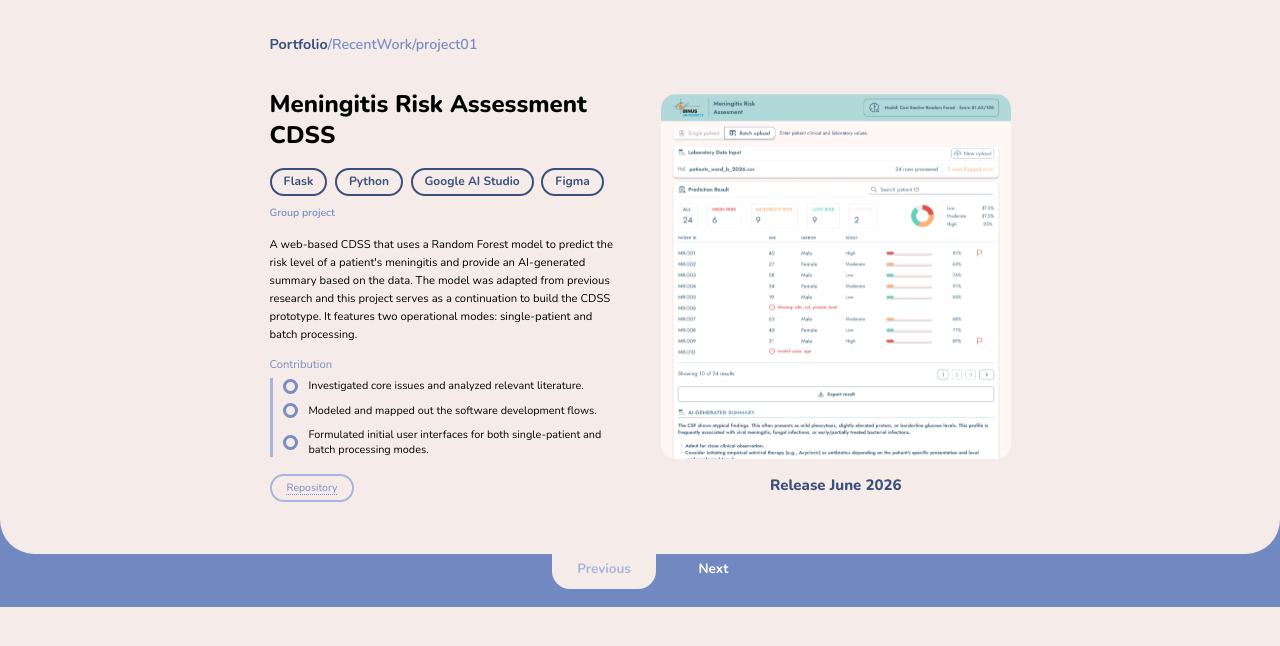
Repository: L-vy/L-vy
Page: /recentworks/project01
The author's editor kept a copy of each file at every save. The page is drawn from the files as they stood at one save, then again after the next save.
The browser window is 1280 px wide. The pictures show the whole page.
Some web fonts or font styles are not loaded; a fallback is used. The project was rebuilt for these pictures with package versions that can differ from the ones it lists, and the page was loaded fresh each time. Also part of the build but not shown: vite.config.ts, src/components/Icon.tsx, src/data/site.ts, src/components/useGoTo.ts, src/components/Navbar.tsx, src/components/Hero.tsx, src/components/Reveal.tsx, src/components/Skills.tsx and 9 more.

Above is the page before, as saved 2026-10-07 19:44:00.

### index.html
<!doctype html>
<html lang="en">
  <head>
    <meta charset="UTF-8" />
    <meta name="viewport" content="width=device-width, initial-scale=1.0" />
    <meta name="description" content="Portfolio of Latasha Ivy Khoe, Computer Science student specializing in Cloud Technology, UI/UX design and full-stack development." />
    <meta name="theme-color" content="#7288c1" />
    <link rel="icon" href="/images/ivy-logo.svg" />
    <link rel="preconnect" href="https://fonts.googleapis.com" />
    <link rel="preconnect" href="https://fonts.gstatic.com" crossorigin />
    <link href="https://fonts.googleapis.com/css2?family=Nunito:ital,wght@0,400;0,600;0,700;0,800;1,400&family=Playwrite+US+Modern:wght@100..400&display=swap" rel="stylesheet" />
    <title>Latasha Ivy Khoe | Portfolio</title>
  </head>
  <body>
    <div id="root"></div>
    <script type="module" src="/src/main.tsx"></script>
  </body>
</html>

### src/main.tsx
import { StrictMode } from 'react'
import { createRoot } from 'react-dom/client'
import App from './App'
import './styles.css'
createRoot(document.getElementById('root')!).render(<StrictMode><App /></StrictMode>)

### src/App.tsx
import { BrowserRouter, Route, Routes } from 'react-router-dom'
import Home from './pages/Home'
import ProjectDetails from './pages/ProjectDetails'
import CursorCircle from './components/CursorCircle'
export default function App() {
  return (
    <BrowserRouter>
      <CursorCircle />
      <Routes>
        <Route path="/" element={<Home />} />
        <Route path="/recentworks/:id" element={<ProjectDetails />} />
        <Route path="*" element={<Home />} />
      </Routes>
    </BrowserRouter>
  )
}

### src/styles.css
/* Sizes are authored at design scale (16px = 1rem) and rendered at 75% via html{font-size:75%}. */
:root{--blue:#7288c1;--cream:#f5ecea;--ink:#3b5078;--peri:#7a8cc2;--light:#a9b5e0;--bar:#9fadd1;--pill:#d3d6e6;--panel:#d1d4e3;--ph:#d9d9d9;--txt:#000;--gut:max(3.5rem,calc((100% - 68.75rem)/2 + 3.5rem));color-scheme:light}
html{font-size:75%}
*{box-sizing:border-box}
body{margin:0;background:var(--cream);color:var(--txt);font-family:'Nunito',system-ui,sans-serif;line-height:1.4}
h1,h2,h3,p,ul{margin:0}
ul{padding:0;list-style:none}
a{color:inherit}
button{font-family:inherit;cursor:pointer}
img{max-width:100%}
:focus-visible{outline:3px solid var(--ink);outline-offset:3px}
.fx{font-family:'Playwrite US Modern','Nunito',cursive;font-weight:400}
.nav{position:relative;height:4.5rem;background:var(--blue)}
.nav::after{content:'';position:absolute;left:0;right:0;top:100%;height:2.875rem;background:var(--blue)}
.nav-tabs{max-width:68.75rem;margin:0 auto;height:100%;display:flex;align-items:flex-end;padding-left:28%}
.nav-tab{width:8.25rem;height:4rem;border:0;background:none;color:#e9ecf7;display:grid;place-items:center;padding:0;transition:opacity .25s}
.nav-tab:hover{opacity:.8}
.nav-tab.active{background:var(--cream);border-radius:1.5rem 1.5rem 0 0;color:var(--light);opacity:1}
.nav-tab img{height:2.125rem}
.page{position:relative;z-index:1;background:var(--cream);border-radius:2.875rem 2.875rem 0 0;padding:0 var(--gut)}
.section{padding-top:5.625rem}
.hero{position:relative;padding-top:2.875rem}
.hero-top{display:flex;justify-content:space-between;align-items:center}
.path{font-size:1.1875rem;font-weight:600;color:var(--peri)}
.path b{color:var(--ink);font-weight:700}
.crumb{background:none;border:0;padding:0;font:inherit;color:inherit}
.contact-link{background:none;border:0;font-size:1.1875rem;font-weight:700;color:var(--ink)}
.hero-grid{display:grid;grid-template-columns:16.875rem 1fr;gap:3.125rem;align-items:center;margin-top:3.25rem}
.hero-photo{width:100%;aspect-ratio:1;object-fit:cover;background:var(--ph);border-radius:2.5rem;transition:transform .3s}
.hero-photo:hover{transform:rotate(-1.2deg) scale(1.015)}
.hello{height:3.375rem;width:auto;display:block}
h1{margin-top:0.25rem;font:400 2.5rem/1.35 'Playwrite US Modern','Nunito',cursive}
.lead{max-width:30rem;font-size:1.0625rem;line-height:1.6;margin-top:0.875rem}
.lead.sm{font-size:0.9375rem;max-width:none;margin-top:1.25rem}
.actions{display:flex;align-items:center;gap:2.25rem;margin-top:1.625rem;flex-wrap:wrap}
.btn{display:inline-flex;align-items:center;gap:0.5rem;background:var(--ink);color:#fff;border:0;border-radius:62.4375rem;padding:0.75rem 1.375rem;font-size:1.0625rem;font-weight:700;transition:transform .25s}
.btn:hover{transform:translateY(-2px)}
.btn.blue{background:var(--blue);font-size:1.1875rem;padding:0.875rem 1.75rem}
.link-dotted{text-decoration:underline dotted;text-underline-offset:0.25rem;font-weight:700}
.link-dotted.grey{color:#777;font-size:1.0625rem}
.butterfly{display:block;margin:4rem auto 0;width:6rem}
.intro{max-width:47.5rem;margin:4.375rem auto 0;text-align:center}
.intro-text{font-size:1rem;line-height:1.7}
.pills{display:flex;flex-wrap:wrap;gap:0.625rem;justify-content:center;margin-top:1.375rem}
.pills.left{justify-content:flex-start}
.pill{border-radius:62.4375rem;padding:0.3rem 1rem;font-weight:700;font-size:0.9375rem;background:var(--pill);color:var(--ink)}
.pill.solid-outline{background:none;border:2px solid var(--ink);font-size:1rem}
.reveal{opacity:0;transform:translateY(0.875rem);transition:opacity .6s,transform .6s}
.reveal.in{opacity:1;transform:none}
.fill{height:100%}
.cards{display:grid;grid-template-columns:repeat(4,1fr);gap:1.625rem;margin-top:2.125rem}
.card{display:flex;flex-direction:column;min-width:0}
.card-img{display:block;aspect-ratio:400/420;border-radius:2.25rem;overflow:hidden;background:var(--ph);transition:transform .3s}
.card-img img{width:100%;height:100%;object-fit:cover;display:block}
.card:hover .card-img{transform:rotate(-1.2deg) scale(1.015)}
.card-title{display:flex;justify-content:space-between;align-items:flex-start;gap:0.5rem;margin-top:1rem;color:var(--ink)}
.card-title .icon{flex:none}
.clamp{font-size:1.125rem;font-weight:800;line-height:1.3;color:var(--txt);display:-webkit-box;-webkit-line-clamp:2;-webkit-box-orient:vertical;overflow:hidden}
.card-sum{font-size:0.875rem;line-height:1.5;margin-top:0.375rem}
.card-links{margin-top:0.625rem}
.card-links .link-dotted{color:var(--peri);font-size:0.875rem}
.tabbar{position:relative;background:var(--bar);border-radius:62.4375rem;padding:0.375rem 0.5rem;display:flex;justify-content:center;gap:0.75rem;margin-top:2.125rem;box-shadow:0 0.5rem 0.875rem -0.375rem rgba(60,70,110,.35)}
.tabwrap{position:relative;width:min(9.375rem,22%)}
.tab{width:100%;border:0;border-radius:62.4375rem;padding:0.5rem 0;font-size:1rem;font-weight:700;background:var(--pill);color:#8f9dcf;transition:background .25s,color .25s}
.tab.on{background:#fff;color:var(--ink)}
.pointer{position:absolute;left:50%;bottom:-1.25rem;margin-left:-0.5625rem;border:0.5625rem solid transparent;border-top:0;border-bottom:0.8125rem solid var(--ink)}
.panel{margin-top:2.75rem;background:var(--panel);border-radius:1.375rem;height:30.625rem;box-shadow:0 0.375rem 1rem -0.5rem rgba(60,70,110,.3);transition:background .3s,box-shadow .3s}
.panel.bound{background:transparent;box-shadow:none}
.banner{height:100%;display:flex;flex-direction:column;gap:2.125rem;padding:1.875rem 2.125rem 2.5rem}
.banner-img{flex:1;min-height:0;width:100%;object-fit:cover;background:var(--ph);border-radius:2.25rem;transition:transform .3s}
.banner:hover .banner-img{transform:rotate(-1.2deg) scale(1.015)}
.tx{padding-left:0.4375rem}
.tx h2{font-size:1.625rem;line-height:1.4}
.tx h3{margin-top:2px;font-size:1.1875rem;font-weight:700}
.tx p{margin-top:0.375rem;font-style:italic;font-size:0.9375rem}
.folders{height:100%;display:grid;grid-template-columns:1fr 1fr;gap:1.5rem;padding:1.75rem 2rem}
.folder{--rim:#3b5078;--body:#f3f3f9;background:var(--rim);border-radius:1.875rem;padding:1.5px;display:flex;flex-direction:column;overflow:hidden}
.media{height:11.875rem;margin-bottom:-2.5rem;flex:none;position:relative;overflow:hidden;border-radius:1.78125rem 1.78125rem 0 0;background:var(--ph)}
.media>*{display:block;width:100%;height:100%;object-fit:cover;background:var(--ph);transform:scale(1.06);transition:transform .3s}
.folder:hover .media>*{transform:rotate(-1.2deg) scale(1.1)}
.rest{flex:1;position:relative;z-index:1;background:var(--body);border-radius:0 1.78125rem 1.78125rem 1.78125rem;padding:0 1.375rem 1.125rem;display:flex;flex-direction:column}
.rest .tab{position:absolute;left:0;top:-2.25rem;width:80%;height:2.3125rem;padding:0;border-radius:1.25rem 1.25rem 0 0;background:var(--body)}
.rest .tab::after{content:'';position:absolute;right:-1.25rem;bottom:0;width:1.25rem;height:1.25rem;background:radial-gradient(circle at 100% 0,transparent 1.21875rem,var(--body) 1.25rem)}
.head{position:relative;margin-top:-1.375rem}
.head::before{content:'';float:right;width:24%;height:1rem}
.head b{display:-webkit-box;-webkit-line-clamp:3;-webkit-box-orient:vertical;overflow:hidden;font-size:1.0625rem;font-weight:800;line-height:1.25}
.head span{display:block;font-size:0.9375rem;color:#6f748f;margin-top:2px}
.folder p{margin-top:0.75rem;font-size:0.84375rem;font-style:italic;line-height:1.5;display:-webkit-box;-webkit-line-clamp:4;-webkit-box-orient:vertical;overflow:hidden}
.foot{margin-top:auto;padding-top:0.625rem;display:flex;justify-content:space-between;align-items:center;min-height:2.75rem}
.foot strong{font-size:1.5625rem;line-height:1.3}
.go{display:grid;place-items:center;width:2.5rem;height:2.5rem;border-radius:50%;background:var(--ink);color:#fff;transition:transform .25s}
.go:hover{transform:translate(2px,-2px)}
.exp{position:relative;height:100%}
.plate{position:absolute;left:0;top:0;bottom:0;width:8.125rem;background:#c9cde0;border-radius:1.625rem 0 0 1.625rem;box-shadow:0 0.625rem 1.125rem -0.625rem rgba(60,70,110,.4)}
.rail{position:absolute;left:0;top:4.4375rem;width:3.75rem;height:0;z-index:2}
.rail button{position:absolute;left:0.8125rem;top:calc(var(--i)*4.5rem);width:2.9375rem;height:5.25rem;z-index:calc(var(--i) + 1);border:0;background:var(--c);color:#fff;border-radius:1.125rem 0 0 1.125rem;display:grid;place-items:center;padding:0;transition:left .25s,width .25s}
.rail button:hover,.rail button[aria-selected=true]{left:0.4375rem;width:3.3125rem}
.rail button[aria-selected=true]{z-index:10}
.fcard{--acc:#9fadd1;position:absolute;left:3.75rem;right:0;top:0;bottom:0;background:var(--cream);border:2.5px solid var(--acc);border-radius:1.625rem;box-shadow:0 0.625rem 1.25rem -0.625rem rgba(60,70,110,.4);padding:1.375rem 1.75rem 1.375rem 1.875rem;overflow:hidden;transition:border-color .35s}
.pg{position:relative;height:100%;display:grid;grid-template-columns:1fr 1fr;grid-template-rows:auto 1fr;column-gap:3.5rem;animation:in .4s ease both}
@keyframes in{from{opacity:0;transform:translateY(0.5rem)}to{opacity:1;transform:none}}
.lab{grid-column:1/-1;font-size:0.8125rem}
.col{display:flex;flex-direction:column;min-width:0}
.col.end{align-self:end;padding-bottom:0.625rem}
.t{font-size:1.6875rem;font-weight:800;color:var(--ttl);line-height:1.2;margin-top:1.75rem}
.col.end .t{margin-top:0}
.sub{font-size:1.25rem;color:var(--ttl);margin-top:0.375rem}
.d{font-size:0.875rem;line-height:1.55;margin-top:1rem;font-style:italic}
.h{font-size:0.8125rem;margin:1.375rem 0 0.375rem}
.col ul{padding-left:1.25rem;font-size:0.84375rem;line-height:1.55;list-style:disc}
.stack,.zig{position:relative;margin-top:auto}
.stack{height:8rem}
.zig{margin-top:0.875rem}
.sp{position:absolute;display:block;width:62%;height:7.375rem;object-fit:cover;background:var(--ph);border:1px solid var(--txt);border-radius:1.625rem;transform:rotate(var(--r));transition:transform .3s}
.sp:hover{z-index:9;transform:rotate(calc(var(--r)*-1)) translateY(-0.3125rem) scale(1.03)}
.stack .sp:nth-child(1){--r:-2deg;left:0;top:0.375rem}
.stack .sp:nth-child(2){--r:1.5deg;left:20%;top:0.75rem}
.stack .sp:nth-child(3){--r:-1deg;left:38%;top:0}
.zig .sp{width:70%;height:7.5625rem}
.zig .sp:nth-child(1){--r:1deg;left:0;top:0}
.zig .sp:nth-child(2){--r:-1deg;left:44%;top:7rem}
.zig .sp:nth-child(3){--r:1deg;left:-1%;top:14.125rem}
.p1{left:47%;top:0.5rem;width:29%;height:8.4375rem;--r:1deg}
.p2{left:66%;top:4.875rem;width:27%;height:auto;aspect-ratio:210/297;--r:-1deg}
.contact{text-align:center;padding:5.75rem 0 6.25rem}
.contact h2{font-size:2.25rem;font-weight:400}
.contact b{font-weight:800}
.contact .btn{margin-top:1.375rem}
.footer{background:var(--blue);color:#eef0fa;padding:3.25rem var(--gut) 2.5rem;display:flex;justify-content:space-between;align-items:flex-end;gap:1.875rem;flex-wrap:wrap;min-height:14.375rem}
.footer ul{display:flex;gap:2.75rem;align-self:flex-start}
.ci{display:block;color:#dfe4f6;transition:transform .25s}
.ci:hover,.ci.pulse{transform:translateY(-0.25rem) scale(1.12)}
.footer-by{text-align:right;line-height:2;font-size:1rem}
.detail{border-radius:0 0 2.875rem 2.875rem;padding-top:2.875rem;padding-bottom:4.375rem}
.detail-grid{display:grid;grid-template-columns:1fr 1fr;gap:3.5rem;align-items:center;margin-top:2.875rem}
.detail-title{margin:0;font:800 2rem/1.3 'Nunito',sans-serif}
.detail .pills{margin-top:1.375rem}
.meta{margin-top:0.875rem;font-size:0.875rem;font-weight:600;color:var(--peri)}
.contrib{margin:1.125rem 0 0.5rem;font:400 0.9375rem 'Playwrite US Modern','Nunito',cursive;color:var(--peri)}
.contrib-list{border-left:3px solid var(--light);padding-left:0.875rem;display:grid;gap:0.75rem;font-size:0.90625rem}
.contrib-list li{display:flex;gap:0.875rem;align-items:center}
.contrib-list li::before{content:'';width:0.75rem;height:0.75rem;flex:none;border-radius:50%;border:3px solid var(--peri)}
.detail-links{display:flex;gap:0.75rem;flex-wrap:wrap;margin-top:1.375rem}
.detail-links .pill{background:none;border:2px solid var(--light);color:var(--peri);padding:0.375rem 1.25rem;font:400 0.875rem 'Playwrite US Modern','Nunito',cursive;text-decoration:underline dotted;text-underline-offset:0.25rem}
.proto{margin:0}
/* .proto img{display:block;width:100%;aspect-ratio:1/1.08;object-fit:cover;background:var(--ph);border:3px solid var(--ink);border-radius:3rem;transition:transform .3s} */
.proto img {  border: 0;  outline: 0;  border-radius: 15px;}
.proto img:hover{transform:rotate(1.2deg) scale(1.015)}
.proto figcaption{text-align:center;font-weight:800;font-size:1.25rem;color:var(--ink);margin-top:1rem}
.pager{background:var(--blue);margin-top:-2.875rem;padding:5.5rem var(--gut) 1.5rem;display:flex;justify-content:center;gap:3.5rem}
.pager-btn{margin-top:-3rem;height:3.25rem;display:grid;place-items:center;color:#fff;font-weight:700;font-size:1.125rem;text-decoration:none;transition:opacity .2s}
.pager-btn.prev{background:var(--cream);color:var(--ink);padding:0 2.125rem;border-radius:0 0 1.5rem 1.5rem}
.pager-btn.off{opacity:.5}
.pager-btn.prev.off{opacity:1;color:var(--light)}
.cursor-circle{position:fixed;left:0;top:0;width:4rem;height:4rem;border-radius:50%;background:rgba(114,136,193,.28);pointer-events:none;z-index:50;transform:translate(-6.25rem,-6.25rem) scale(0);transition:transform .18s}
@media (max-width:960px)
{.cards{grid-template-columns:1fr 1fr}.nav-tabs{padding-left:4%}.nav-tab{width:6rem}}
@media (max-width:760px)
{.page{border-radius:1.875rem 1.875rem 0 0;padding:0 1.25rem}.hero-grid,.detail-grid{grid-template-columns:1fr;gap:1.75rem}.hero-photo{max-width:16.25rem}h1{font-size:1.875rem}.detail-title{font-size:1.5625rem}.cards{grid-template-columns:1fr}.tab{font-size:0.75rem}.tabbar{gap:0.375rem}.pointer{display:none}.panel{height:auto}.banner{padding:1.125rem;gap:1.5rem}.banner-img{flex:none;height:11.875rem}.folders{grid-template-columns:1fr;padding:1.125rem}.folder{min-height:23.75rem}.contact h2{font-size:1.6875rem}.footer ul{gap:1.375rem}.footer-by{text-align:left}.plate{display:none}.fcard{position:static;padding:1.25rem 1.125rem;border-radius:1.375rem}.exp{height:auto}.rail{position:static;height:auto;display:flex;gap:0.375rem;padding-left:0.625rem}.rail button,.rail button:hover,.rail button[aria-selected=true]{position:static;width:3.5rem;height:2.875rem;border-radius:0.875rem 0.875rem 0 0}.pg{display:flex;flex-direction:column;gap:0.875rem;height:auto}.col.end{padding:0}.stack,.zig{height:auto;display:grid;gap:0.625rem;margin-top:0.625rem}.pg .sp{position:static;width:100%;height:6.875rem}.pg .p2{height:auto;width:58%;align-self:center}}
@media (prefers-reduced-motion:reduce){*{transition:none!important;animation:none!important}}

### src/pages/ProjectDetails.tsx
import { useEffect } from 'react'
import { Link, Navigate, useNavigate, useParams } from 'react-router-dom'
import { projects } from '../data/projects'
export default function ProjectDetails() {
  const { id } = useParams(); const nav = useNavigate()
  const i = projects.findIndex(p => p.id === id)
  useEffect(() => { window.scrollTo(0, 0) }, [id])
  if (i < 0) return <Navigate to="/" replace />
  const p = projects[i], prev = projects[i - 1], next = projects[i + 1]
  return (<>
    <main className="page detail">
      <p className="path">
        <button className="crumb" onClick={() => nav('/', { state: { scrollTo: 'recent-works' } })}><b>Portfolio</b>/RecentWork</button>/{p.id}
      </p>
      <div className="detail-grid">
        <div>
          <h1 className="detail-title">{p.title}</h1>
          {/* <ul className="pills left">{p.categories.map(c => <li key={c} className="pill solid-outline">{c}</li>)}</ul>
          <p className="meta">{p.tools.join(' · ')} · {p.type}</p> */}
          <ul className="pills left" aria-label="Tools">{p.tools.map(t => <li key={t} className="pill solid-outline">{t}</li>)}</ul>
          <p className="meta">{p.type}</p>
          <p className="lead sm">{p.description}</p>
          <h2 className="contrib">Contribution</h2>
          <ul className="contrib-list">{p.contributions.map(c => <li key={c}>{c}</li>)}</ul>
          <div className="detail-links">{p.links.map(l => <a key={l.label} className="pill link-dotted" href={l.url} target="_blank" rel="noreferrer">{l.label}</a>)}</div>
        </div>
        <figure className="proto">
          <img src={p.prototypeImage} alt={`${p.title} prototype`} />
          <figcaption>Release {p.releaseDate}</figcaption>
        </figure>
      </div>
    </main>
    <div className="pager">
      {prev ? <Link className="pager-btn prev" to={`/recentworks/${prev.id}`}>Previous</Link> : <span className="pager-btn prev off">Previous</span>}
      {next ? <Link className="pager-btn" to={`/recentworks/${next.id}`}>Next</Link> : <span className="pager-btn off">Next</span>}
    </div>
  </>)
}

### src/components/CursorCircle.tsx
import { useEffect, useRef } from 'react'
// Soft circle that follows the pointer and expands over buttons/links. Hidden on touch devices.
export default function CursorCircle() {
  const ref = useRef<HTMLDivElement>(null)
  useEffect(() => {
    if (!window.matchMedia('(hover: hover) and (pointer: fine)').matches) return
    const el = ref.current!
    const move = (e: MouseEvent) => {
      const over = (e.target as Element | null)?.closest('a,button,[data-cursor]')
      el.style.transform = `translate(${e.clientX}px,${e.clientY}px) translate(-50%,-50%) scale(${over ? 1 : 0})`
    }
    const leave = () => { el.style.transform = 'translate(-100px,-100px) scale(0)' }
    window.addEventListener('mousemove', move); document.addEventListener('mouseleave', leave)
    return () => { window.removeEventListener('mousemove', move); document.removeEventListener('mouseleave', leave) }
  }, [])
  return <div ref={ref} className="cursor-circle" aria-hidden="true" />
}

### src/data/projects.ts
export interface ProjectLink { label: string; url: string }
export interface Project {
  id: string; title: string; shortDescription: string; description: string
  image: string; prototypeImage: string; categories: string[]; tools: string[]; type: string
  links: ProjectLink[]; releaseDate: string; contributions: string[]
}
const img = (name: string) => `/images/projects/${name}.svg`
export const projects: Project[] = [
  {
    id: 'project01', title: 'Meningitis Risk Assessment CDSS',
    shortDescription: 'Clinical decision support for meningitis risk.',
    description: "A web-based CDSS that uses a Random Forest model to predict the risk level of a patient's meningitis and provide an AI-generated summary based on the data. The model was adapted from previous research and this project serves as a continuation to build the CDSS prototype. It features two operational modes: single-patient and batch processing.",
    image: img('cdss-meningitis'), prototypeImage: img('cdss-meningitis'), categories: ['Application Development', 'UI/UX'],
    tools: ['Flask', 'Python', 'Google AI Studio', 'Figma'], type: 'Group project',
    links: [{ label: 'Repository', url: 'https://github.com/chrysan95/meningitis_risk_assessment' }], releaseDate: 'June 2026',
    contributions: ['Investigated core issues and analyzed relevant literature.', 'Modeled and mapped out the software development flows.', 'Formulated initial user interfaces for both single-patient and batch processing modes.'],
  },
  {
    id: 'project02', title: 'Klerve', shortDescription: 'Haptic pen and AI app that helps people with ADHD regain focus.',
    description: "This project, which started as an ideation, is designed to help individuals with ADHD or focus difficulties by using a haptic pen connected to an app. The AI-based system tracks body and eye movements, then provides vibration alerts that help users regain focus. It aligns with Google.org's focus on education while implementing human-centered AI technology.",
    image: img('klerve'), prototypeImage: img('klerve'), categories: ['UI/UX'], tools: ['Figma'], type: 'Group project',
    links: [{ label: 'Proposal', url: 'https://drive.google.com/file/d/1Z4kwclvYXWxlEG2Ly2cNN0OCXOssgMGx/view?usp=sharing' }, { label: 'Video', url: 'https://youtu.be/0q1nO0iuCGU?si=mCvCKTX16-4OYDPh' }],
    releaseDate: 'March 2026',
    contributions: ['Researched target user needs and primary focus challenges.', 'Structured and designed the proposal layout for a highly readable review.', 'Assisted in designing initial interface concepts for the prototype app.'],
  },
  {
    id: 'project03', title: 'Ducky', shortDescription: 'Gamified flashcard app for smarter university studying.',
    description: 'Ducky is a gamified learning application made for university students who have trouble building a proper learning strategy. Built on a simple, memory-focused flashcard app, it makes studying more engaging and digestible in a shorter span of time. Each day presents a daily quest to unlock Ducky skins, completed by checking off to-do lists or earning XP in the training hall.',
    image: img('ducky'), prototypeImage: img('ducky'), categories: ['UI/UX'], tools: ['Figma'], type: 'Self-initiated project',
    links: [{ label: 'Prototype', url: 'https://www.figma.com/proto/vDHKPYqVWF5EF2O1UojpyD/Final-Project-UI-UX?node-id=77-3&p=f&viewport=-196%2C-27%2C0.02&t=XdKJMJBtwxoFTxZr-1&scaling=scale-down&content-scaling=fixed&starting-point-node-id=77%3A3&show-proto-sidebar=1&page-id=37%3A4298' }, { label: 'Overview', url: 'https://drive.google.com/file/d/1gh3WKY70dS-ZdYFia5I56Ok9MZQVw0ZY/view?usp=sharing' }],
    releaseDate: 'May 2025',
    contributions: ['Researched user needs through targeted surveys.', 'Designed interactive app prototype layouts.', 'Conducted app evaluations and user testing.', 'Structured the case study presentation and wireframes.'],
  },
  {
    id: 'project04', title: 'Perfect Farm', shortDescription: 'Marketplace for odd-looking produce to reduce food waste.',
    description: 'An online platform that enables farmers to sell odd-looking fruits and vegetables directly to consumers. These products are still fit for consumption but do not meet standard market appearances. The project aims to reduce food waste and give consumers affordable yet healthy diets, supporting UN Sustainable Development Goals 1, 2, and 10.',
    image: img('perfect-farm'), prototypeImage: img('perfect-farm'), categories: ['UI/UX'], tools: ['Figma'], type: 'Group project',
    links: [{ label: 'Prototype', url: 'https://www.figma.com/proto/0NArwISPxhp6qkAFpMuTFR/GoGlobal-Innovation?node-id=26-292&p=f&viewport=103%2C214%2C0.21&t=yB5uVCZkxzJckIVd-1&scaling=min-zoom&content-scaling=fixed&page-id=24%3A2' }, { label: 'Overview', url: 'https://canva.link/1w0f1v8fhv46lss' }],
    releaseDate: 'June 2025',
    contributions: ['Researched food waste relevancy across UK and SEA regions.', 'Formatted and structured the presentation layout.', 'Designed initial customer and farmer interface prototype layouts and app logo.'],
  },
]

After the next save:
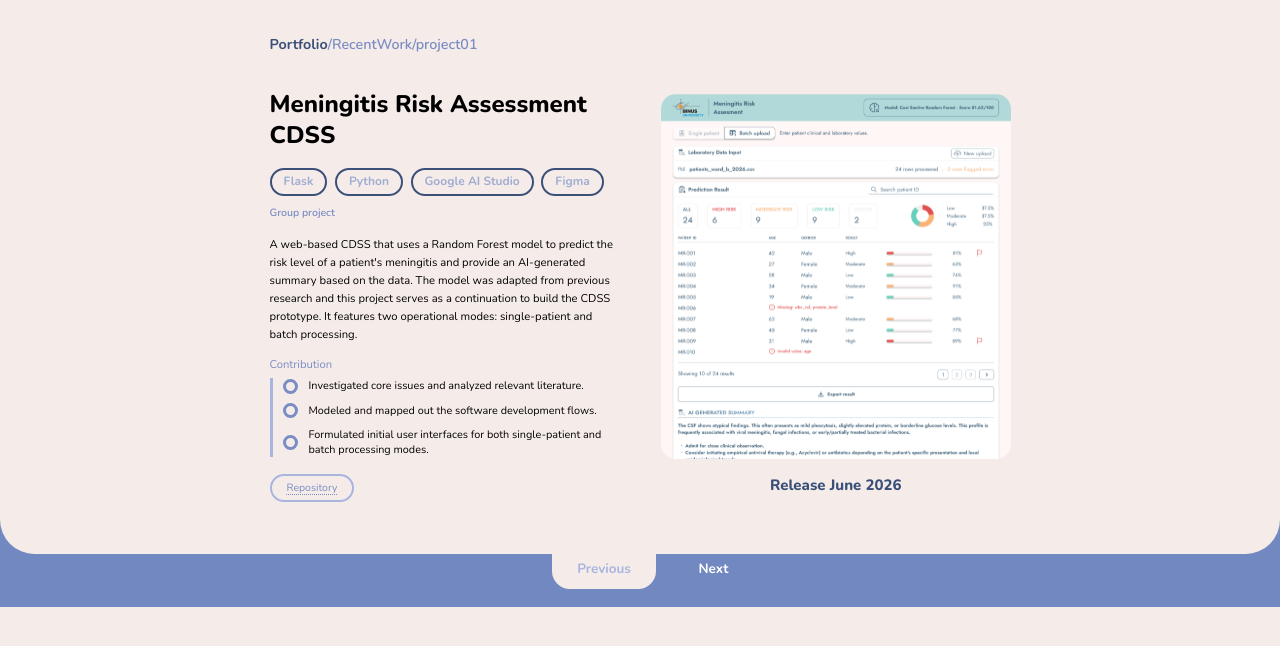
Saved 42 s later.
--- a/src/styles.css
+++ b/src/styles.css
@@ -43,7 +43,7 @@ h1{margin-top:0.25rem;font:400 2.5rem/1.35 'Playwrite US Modern','Nunito',cursiv
 .intro-text{font-size:1rem;line-height:1.7}
 .pills{display:flex;flex-wrap:wrap;gap:0.625rem;justify-content:center;margin-top:1.375rem}
 .pills.left{justify-content:flex-start}
-.pill{border-radius:62.4375rem;padding:0.3rem 1rem;font-weight:700;font-size:0.9375rem;background:var(--pill);color:var(--ink)}
+.pill{border-radius:62.4375rem;padding:0.3rem 1rem;font-weight:700;font-size:0.9375rem;background:var(--pill);color:var(--bar)}
 .pill.solid-outline{background:none;border:2px solid var(--ink);font-size:1rem}
 .reveal{opacity:0;transform:translateY(0.875rem);transition:opacity .6s,transform .6s}
 .reveal.in{opacity:1;transform:none}
